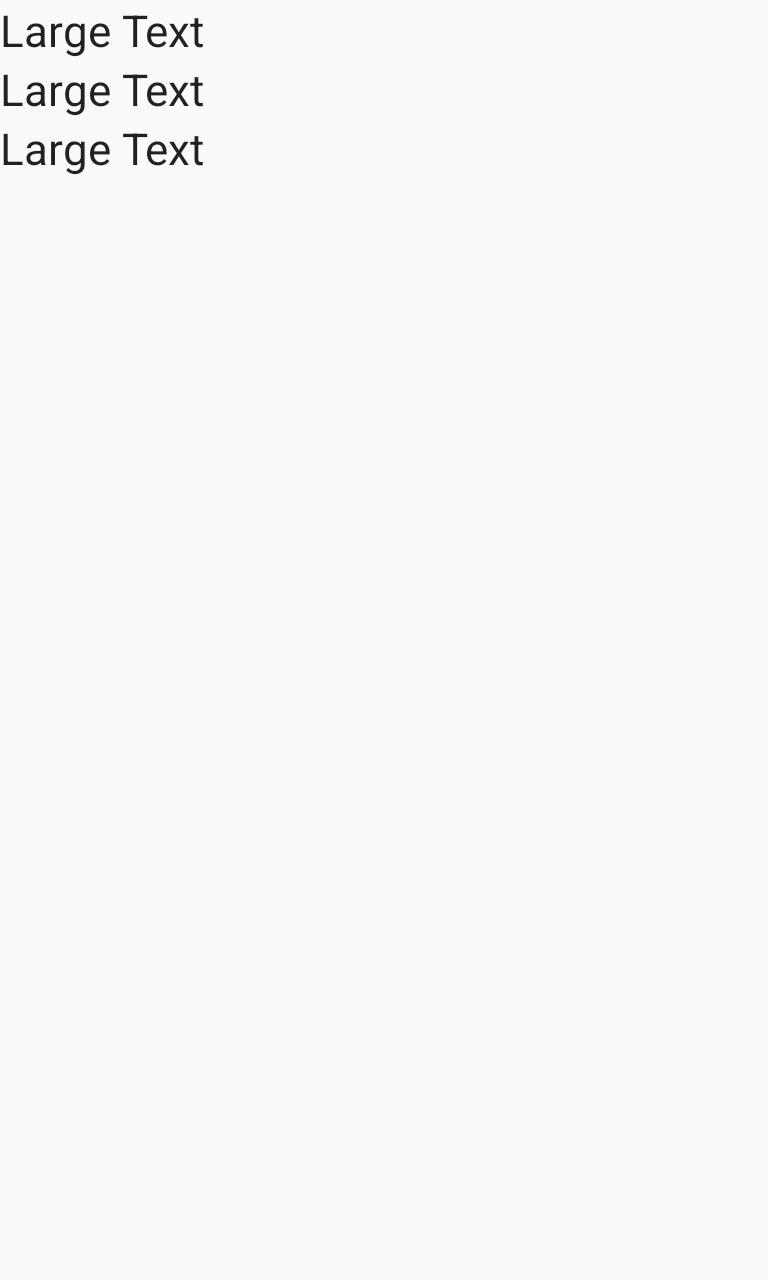
Repository: StefanoAraujo/MiniCurso.Android.Basico.Cadastro
Layout: Clientes/res/layout/activity_impressao.xml
The author's editor kept a copy of each file at every save. The layout is drawn from the files as they stood at one save, then again after the next save.
It is drawn on a 768 x 1280 px phone screen (xhdpi) without system bars, with theme AppTheme; the app's code is not run.

Above is the layout before, as saved 2015-03-01 19:18:18.

After the next save:
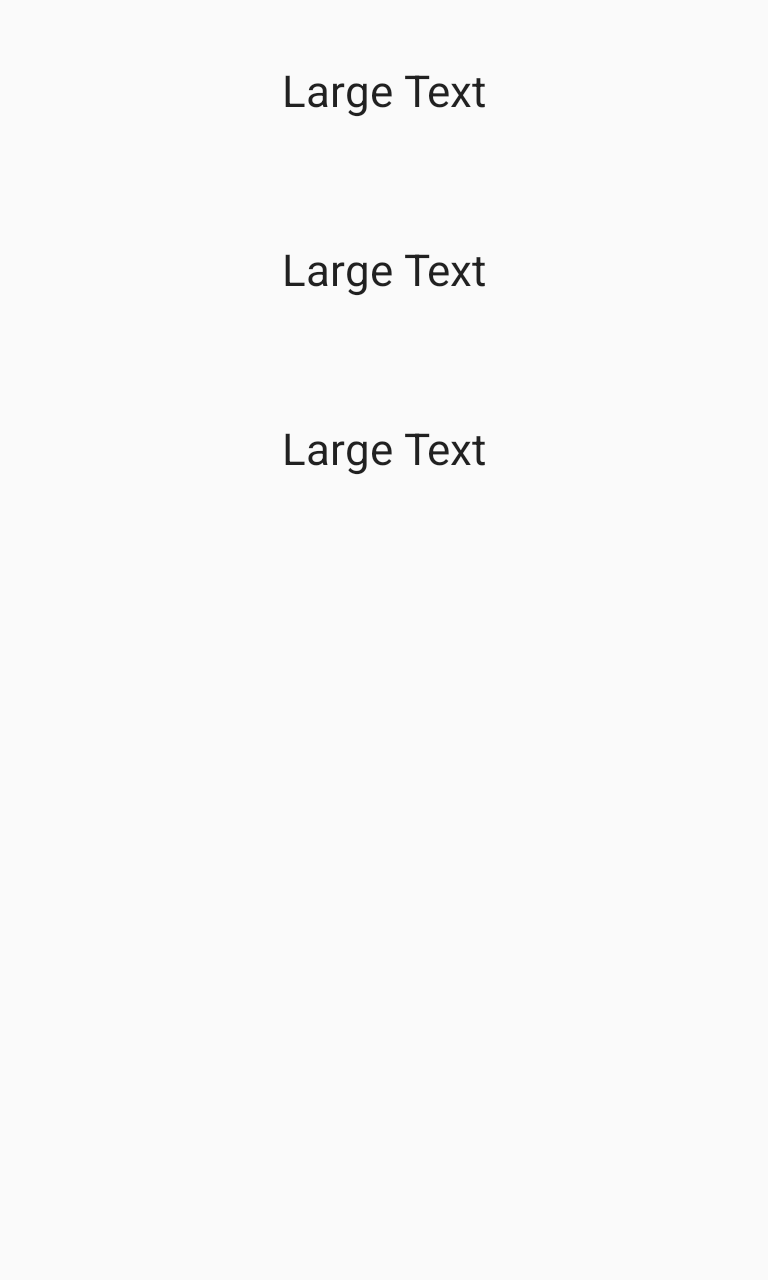
Saved 43 s later.
--- a/Clientes/res/layout/activity_impressao.xml
+++ b/Clientes/res/layout/activity_impressao.xml
@@ -9,6 +9,8 @@
         android:layout_width="match_parent"
         android:layout_height="wrap_content"
         android:text="Large Text"
+        android:gravity="center"
+        android:layout_margin="30dp"
         android:textAppearance="?android:attr/textAppearanceLarge" />
 
     <TextView
@@ -16,6 +18,8 @@
         android:layout_width="match_parent"
         android:layout_height="wrap_content"
         android:text="Large Text"
+        android:gravity="center"
+        android:layout_margin="30dp"
         android:textAppearance="?android:attr/textAppearanceLarge" />
 
     <TextView
@@ -23,6 +27,8 @@
         android:layout_width="match_parent"
         android:layout_height="wrap_content"
         android:text="Large Text"
+        android:gravity="center"
+        android:layout_margin="30dp"
         android:textAppearance="?android:attr/textAppearanceLarge" />
 
 </LinearLayout>
